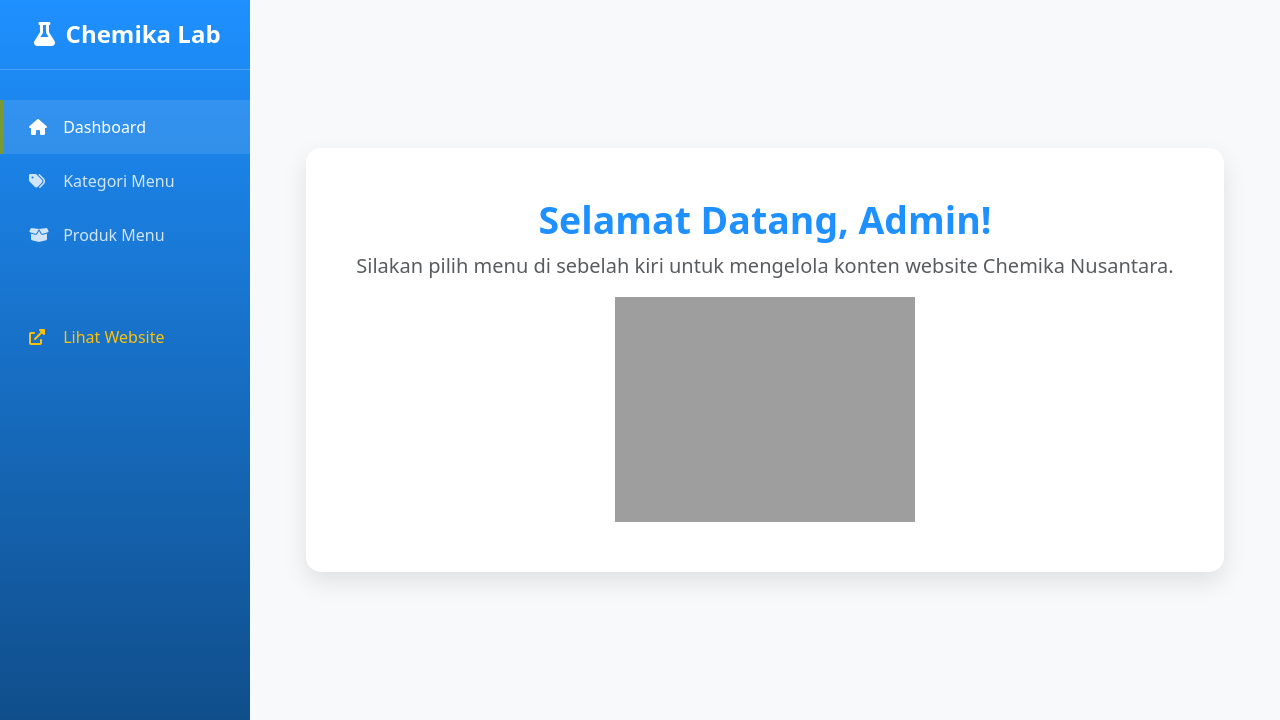
Repository: fzan-ghlii/mystore
Page: http://localhost/admin.php?page=home
These files come from the project's save history. The page is drawn as it stood at one moment and after the next save; the edit follows.
The browser window is 1280 px wide. The pictures show the whole page.
The page is run by PHP 8.4 with error messages shown; the project is at /var/www/html/. The session is filled in as if someone had signed in: {"username": "testuser", "nama_lengkap": "Test User", "status": "login"}. Other server files are loaded and not shown.

Above is the page before, as saved 2025-11-27 12:01:09.

### admin.php
<!DOCTYPE html>
<html lang="id">
<head>
    <meta charset="UTF-8">
    <meta name="viewport" content="width=device-width, initial-scale=1.0">
    <title>Admin Dashboard - Chemika Nusantara</title>
    <!-- Bootstrap 5 & FontAwesome -->
    <link href="https://cdn.jsdelivr.net/npm/bootstrap@5.3.0/dist/css/bootstrap.min.css" rel="stylesheet">
    <link rel="stylesheet" href="https://cdnjs.cloudflare.com/ajax/libs/font-awesome/6.0.0/css/all.min.css">

    <style>
        body {
            overflow: hidden; /* Hilangkan scroll di body utama agar iframe yang scroll */
            margin: 0;
            padding: 0;
            background-color: #f4f7f6;
        }

        /* SIDEBAR FIXED */
        .sidebar {
            height: 100vh;
            background: linear-gradient(to bottom, #1E90FF, #104e8b);
            color: white;
            padding-top: 20px;
            position: fixed; /* Mengambang di kiri */
            top: 0;
            left: 0;
            width: 250px;
            z-index: 1000;
            transition: all 0.3s;
        }

        .sidebar h4 {
            text-align: center;
            font-weight: 700;
            margin-bottom: 30px;
            border-bottom: 1px solid rgba(255,255,255,0.2);
            padding-bottom: 20px;
        }
        .sidebar a {
            color: rgba(255,255,255,0.8);
            text-decoration: none;
            display: block;
            padding: 15px 25px;
            font-size: 16px;
            border-left: 4px solid transparent;
            transition: 0.3s;
        }
        .sidebar a:hover, .sidebar a.active {
            background-color: rgba(255,255,255,0.1);
            color: white;
            border-left-color: #779936; /* Hijau Chemika */
        }
        .sidebar i {
            width: 30px;
        }

        /* MAIN CONTENT - BLOCK LAYOUT */
        /* Karena sidebar fixed, kita cukup kasih margin-left */
        .main-content {
            margin-left: 250px; /* Geser konten ke kanan sebesar lebar sidebar */
            height: 100vh;      /* Tinggi full layar */
            width: calc(100% - 250px); /* Lebar sisa layar */
            display: block;     /* Pastikan display block, bukan flex */
        }

        /* IFRAME FULL */
        iframe {
            width: 100%;
            height: 100%;
            border: none;
            display: block; /* Menghilangkan gap bawah default iframe */
        }
    </style>
</head>
<body>

    <!-- HAPUS CLASS d-flex DI SINI -->
    <div>
        <!-- Sidebar Kiri -->
        <div class="sidebar">
            <h4><i class="fas fa-flask"></i> Chemika Lab</h4>

            <a href="?page=home" class="<?php echo (!isset($_GET['page']) || $_GET['page'] == 'home') ? 'active' : ''; ?>">
                <i class="fas fa-home"></i> Dashboard
            </a>

            <a href="?page=jenis" class="<?php echo (isset($_GET['page']) && $_GET['page'] == 'jenis') ? 'active' : ''; ?>">
                <i class="fas fa-tags"></i> Kategori Menu
            </a>

            <a href="?page=produk" class="<?php echo (isset($_GET['page']) && $_GET['page'] == 'produk') ? 'active' : ''; ?>">
                <i class="fas fa-box-open"></i> Produk Menu
            </a>

            <a href="index.php" target="_blank" class="mt-5 text-warning">
                <i class="fas fa-external-link-alt"></i> Lihat Website
            </a>
        </div>

        <!-- Konten Kanan -->
        <div class="main-content">
            <?php
            $page = isset($_GET['page']) ? $_GET['page'] : 'home';

            switch ($page) {
                case 'jenis':
                    $source = "jenismenu/index.php";
                    break;
                case 'produk':
                    $source = "namamenu/index.php";
                    break;
                default:
                    $source = "dashboard_home.php";
                    break;
            }
            ?>

            <!-- Iframe memuat halaman target -->
            <iframe src="<?php echo $source; ?>" name="contentFrame"></iframe>
        </div>
    </div>

</body>
</html>

### dashboard_home.php
<!DOCTYPE html>
<html lang="id">
<head>
    <meta charset="UTF-8">
    <meta name="viewport" content="width=device-width, initial-scale=1.0">
    <title>Welcome</title>
    <link href="https://cdn.jsdelivr.net/npm/bootstrap@5.3.0/dist/css/bootstrap.min.css" rel="stylesheet">
    <style>
        body {
            background-color: #f8f9fa;
            display: flex;
            justify-content: center;
            align-items: center;
            height: 100vh;
            margin: 0;
        }
        .welcome-box {
            text-align: center;
            padding: 50px;
            background: white;
            border-radius: 15px;
            box-shadow: 0 10px 25px rgba(0,0,0,0.1);
        }
        h1 { color: #1E90FF; font-weight: bold; }
    </style>
</head>
<body>
    <div class="welcome-box">
        <h1>Selamat Datang, Admin!</h1>
        <p class="lead text-muted">Silakan pilih menu di sebelah kiri untuk mengelola konten website Chemika Nusantara.</p>
        <img src="https://img.freepik.com/free-vector/setup-concept-illustration_114360-382.jpg" alt="Admin Illustration" width="300">
    </div>
</body>
</html>

After the next save:
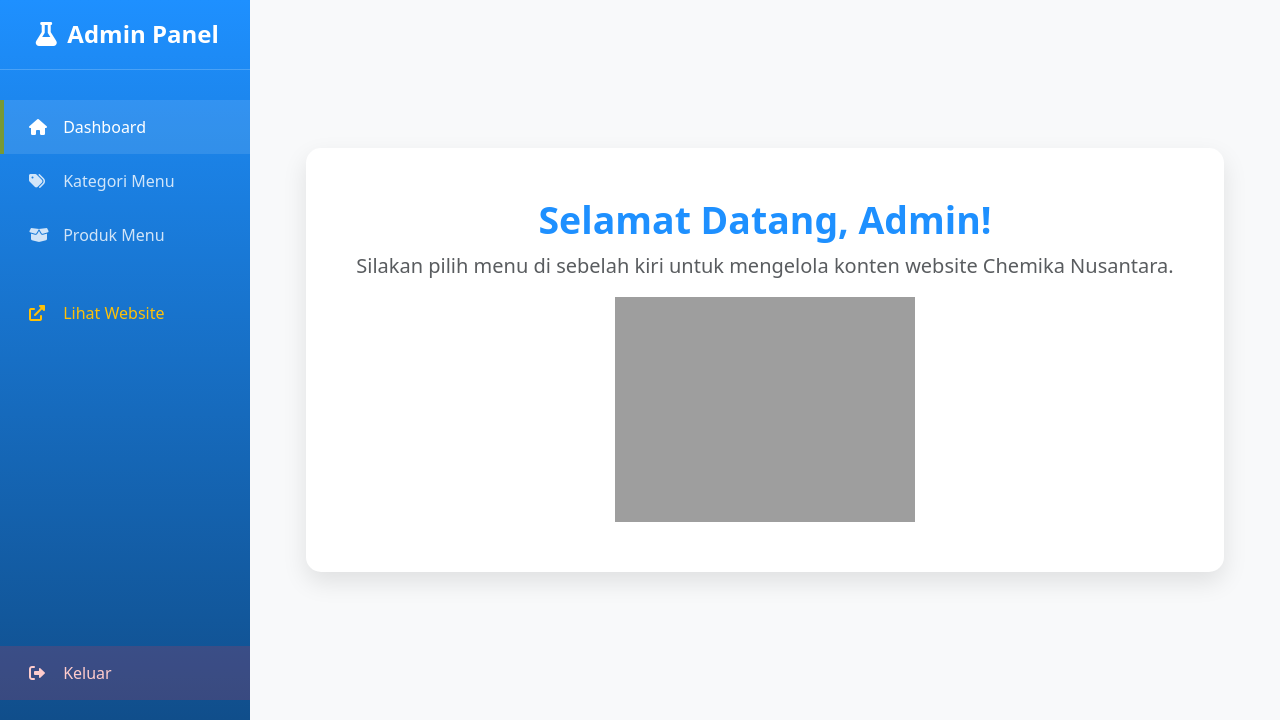
Saved 92 s later.
--- a/admin.php
+++ b/admin.php
@@ -1,3 +1,11 @@
+<?php
+session_start();
+// Cek Login khusus untuk halaman root (admin.php)
+if(!isset($_SESSION['status']) || $_SESSION['status'] != "login"){
+    header("location:login.php");
+    exit();
+}
+?>
 <!DOCTYPE html>
 <html lang="id">
 <head>
@@ -28,6 +36,8 @@
             width: 250px;
             z-index: 1000;
             transition: all 0.3s;
+            display: flex;
+            flex-direction: column;
         }
 
         .sidebar h4 {
@@ -37,6 +47,11 @@
             border-bottom: 1px solid rgba(255,255,255,0.2);
             padding-bottom: 20px;
         }
+
+        .menu-items {
+            flex-grow: 1; /* Agar menu mengisi ruang */
+        }
+
         .sidebar a {
             color: rgba(255,255,255,0.8);
             text-decoration: none;
@@ -55,13 +70,23 @@
             width: 30px;
         }
 
+        /* Tombol Logout di bawah */
+        .logout-btn {
+            background-color: rgba(220, 53, 69, 0.2);
+            color: #ffcccc !important;
+            margin-bottom: 20px;
+        }
+        .logout-btn:hover {
+            background-color: #dc3545 !important;
+            color: white !important;
+        }
+
         /* MAIN CONTENT - BLOCK LAYOUT */
-        /* Karena sidebar fixed, kita cukup kasih margin-left */
         .main-content {
-            margin-left: 250px; /* Geser konten ke kanan sebesar lebar sidebar */
-            height: 100vh;      /* Tinggi full layar */
-            width: calc(100% - 250px); /* Lebar sisa layar */
-            display: block;     /* Pastikan display block, bukan flex */
+            margin-left: 250px;
+            height: 100vh;
+            width: calc(100% - 250px);
+            display: block;
         }
 
         /* IFRAME FULL */
@@ -69,32 +94,38 @@
             width: 100%;
             height: 100%;
             border: none;
-            display: block; /* Menghilangkan gap bawah default iframe */
+            display: block;
         }
     </style>
 </head>
 <body>
 
-    <!-- HAPUS CLASS d-flex DI SINI -->
     <div>
         <!-- Sidebar Kiri -->
         <div class="sidebar">
-            <h4><i class="fas fa-flask"></i> Chemika Lab</h4>
+            <h4><i class="fas fa-flask"></i> Admin Panel</h4>
 
-            <a href="?page=home" class="<?php echo (!isset($_GET['page']) || $_GET['page'] == 'home') ? 'active' : ''; ?>">
-                <i class="fas fa-home"></i> Dashboard
-            </a>
+            <div class="menu-items">
+                <a href="?page=home" class="<?php echo (!isset($_GET['page']) || $_GET['page'] == 'home') ? 'active' : ''; ?>">
+                    <i class="fas fa-home"></i> Dashboard
+                </a>
 
-            <a href="?page=jenis" class="<?php echo (isset($_GET['page']) && $_GET['page'] == 'jenis') ? 'active' : ''; ?>">
-                <i class="fas fa-tags"></i> Kategori Menu
-            </a>
+                <a href="?page=jenis" class="<?php echo (isset($_GET['page']) && $_GET['page'] == 'jenis') ? 'active' : ''; ?>">
+                    <i class="fas fa-tags"></i> Kategori Menu
+                </a>
 
-            <a href="?page=produk" class="<?php echo (isset($_GET['page']) && $_GET['page'] == 'produk') ? 'active' : ''; ?>">
-                <i class="fas fa-box-open"></i> Produk Menu
-            </a>
+                <a href="?page=produk" class="<?php echo (isset($_GET['page']) && $_GET['page'] == 'produk') ? 'active' : ''; ?>">
+                    <i class="fas fa-box-open"></i> Produk Menu
+                </a>
 
-            <a href="index.php" target="_blank" class="mt-5 text-warning">
-                <i class="fas fa-external-link-alt"></i> Lihat Website
+                <a href="index.php" target="_blank" class="mt-4 text-warning">
+                    <i class="fas fa-external-link-alt"></i> Lihat Website
+                </a>
+            </div>
+
+            <!-- Tombol Logout -->
+            <a href="logout.php" class="logout-btn" onclick="return confirm('Yakin ingin keluar?');">
+                <i class="fas fa-sign-out-alt"></i> Keluar
             </a>
         </div>
 
